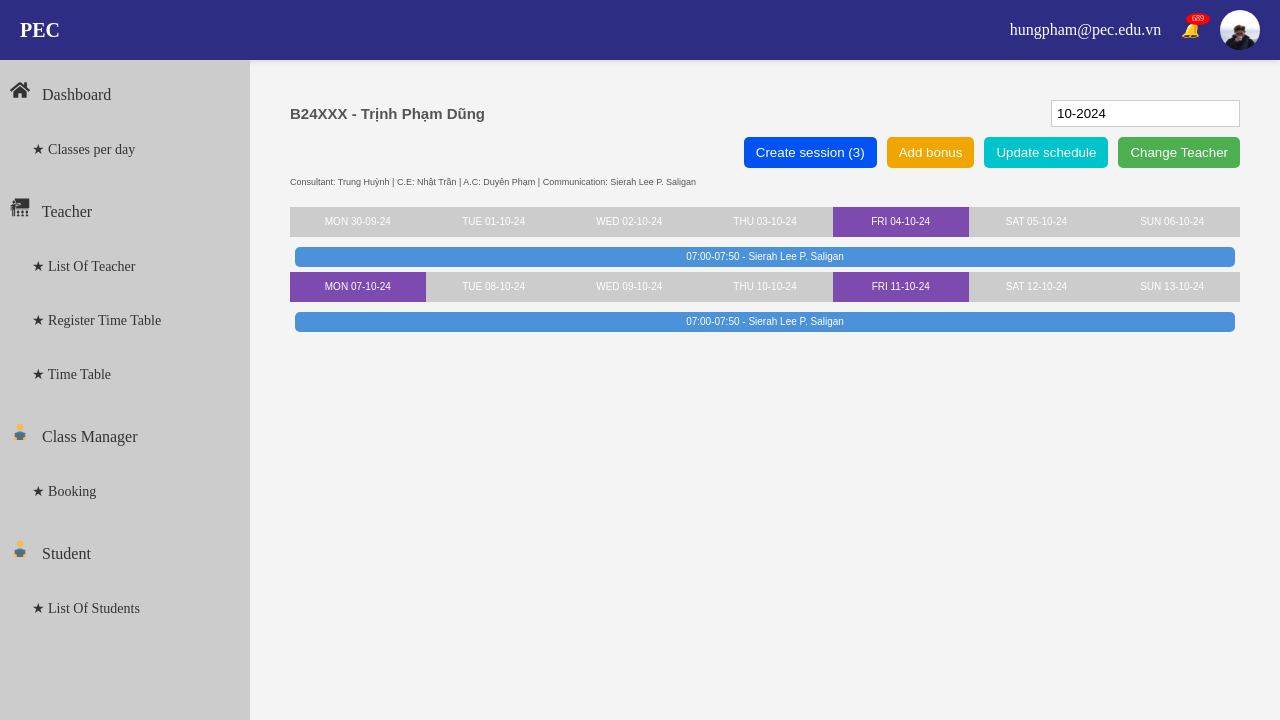
Repository: BitDanceLabels/Bumblebee_BDG
Page: /course-info
The author's editor kept a copy of each file at every save. The page is drawn from the files as they stood at one save, then again after the next save.
The browser window is 1280 px wide. The pictures show the whole page.
An inner scrolling area shows only its first screen. The project was rebuilt for these pictures with package versions that can differ from the ones it lists, and the page was loaded fresh each time. Also part of the build but not shown: vite.config.js, src/components/Dashboard/ScheduleComponent.jsx, src/components/Management/Booking.jsx, src/components/modal/CreateStudentModal.jsx, src/components/Student/ListOfStudent.jsx, src/components/modal/CreateTeacherModal.jsx, src/components/Teacher/TeacherTable.jsx, src/components/Teacher/ListOfTeacher.jsx and 9 more. Imported but missing from the stored project, and not drawn on this page: src/components/modal/DeactiveStudentModal.

Above is the page before, as saved 2024-10-07 09:12:54.

### index.html
<!DOCTYPE html>
<html lang="en">
  <head>
    <meta charset="UTF-8" />
    <link rel="icon" type="image/svg+xml" href="/vite.svg" />
    <meta name="viewport" content="width=device-width, initial-scale=1.0" />
    <title>Power English CRM</title>
  </head>
  <body>
    <div id="root"></div>
    <script type="module" src="/src/main.jsx"></script>
  </body>
</html>

### src/main.jsx
import { StrictMode } from 'react'
import { createRoot } from 'react-dom/client'
import MainApp from './pages/MainApp.jsx'
import App from './App.jsx'
import './index.css'

createRoot(document.getElementById('root')).render(
  <StrictMode>
    <MainApp />
  </StrictMode>
)

### src/pages/MainApp.jsx
import React from 'react'
import Header from '../components/General/Header'
import Navbar from '../components//General/Navbar'
import ScheduleComponent from '../components/Dashboard/ScheduleComponent'
import Booking from '../components/Management/Booking'
import ListOfStudent from '../components/Student/ListOfStudent'
import ListOfTeacher from '../components/Teacher/ListOfTeacher'
import { BrowserRouter as Router, Route, Routes } from 'react-router-dom'
import styled from 'styled-components'
import TeacherTabs from '../components/Teacher/TeacherTabs'
import StudentProfile from '../components/Student/StudentProfile'
import TeacherRegisterTimeTable from '../components/Teacher/TeacherRegisterTimeTable'
import TeacherTimeTable from '../components/Teacher/TeacherTimeTable'
import CourseInfo from '../components/Student/CourseInfo'

function MainApp() {
  return (
    <Router>
      <MainAppWrapper>
        <HeaderWrapper>
          <Header />
        </HeaderWrapper>
        <div className="main-layout">
          <NavbarWrapper>
            <Navbar />
          </NavbarWrapper>
          <ContentWrapper>
            <Routes>
              <Route path="/classes" element={<ScheduleComponent />} />
              <Route path="/booking" element={<Booking />} />
              <Route path="/students" element={<ListOfStudent />} />
              <Route path="/teacher" element={<ListOfTeacher />} />
              <Route path="/teacher-profile" element={<TeacherTabs />} />
              <Route path="/student-profile" element={<StudentProfile />} />
              <Route path="/teacher-timetable" element={<TeacherTimeTable />} />
              <Route path="/course-info" element={<CourseInfo />} />
              <Route
                path="/teacher-register"
                element={<TeacherRegisterTimeTable />}
              />
              {/* Add more routes as needed */}
            </Routes>
          </ContentWrapper>
        </div>
      </MainAppWrapper>
    </Router>
  )
}

const MainAppWrapper = styled.main`
  width: 100%;
  display: flex;
  flex-direction: column;
  height: 100vh;

  .main-layout {
    display: flex;
    flex-grow: 1;
  }
`

const HeaderWrapper = styled.header`
  position: fixed;
  top: 0;
  width: 100%;
  z-index: 1000;
  background-color: white;
  box-shadow: 0 2px 5px rgba(0, 0, 0, 0.1);
`

const NavbarWrapper = styled.nav`
  position: fixed;
  top: 60px;
  left: 0;
  height: calc(100vh - 60px);
  width: 250px;
  background-color: #ccc;
  color: white;
  z-index: 1000;
`

const ContentWrapper = styled.div`
  margin-top: 60px;
  margin-left: 250px;
  padding: 20px;
  flex-grow: 1;
  background-color: #f4f4f4;
  min-height: 100%;
  overflow-y: auto;
`

export default MainApp

### src/index.css
/*
--- 01 TYPOGRAPHY SYSTEM

- Font sizes (px)
10 / 12 / 14 / 16 / 18 / 20 / 24 / 30 / 36 / 44 / 52 / 62 / 74 / 86 / 98
h2: 3.6rem
h3: 2.4rem
p: 1.8rem

- Font weights
Default: 400
Medium: 500
Semi-bold: 600
Bold: 700

- Line heights
Default: 1
Small: 1.05
Medium: 1.2
Paragraph default: 1.6
Large: 1.8

- Letter spacing
-0.5px
0.75px


--- 05 SHADOWS

0 2.4rem 4.8rem rgba(0, 0, 0, 0.075);

--- 06 BORDER-RADIUS

Default: 9px
Medium: 11px

--- 07 WHITESPACE

- Spacing system (px)
2 / 4 / 8 / 12 / 16 / 24 / 32 / 48 / 64 / 80 / 96 / 128
*/

/* google font */
@import url('https://fonts.googleapis.com/css2?family=Rubik:wght@400;500;600;700&display=swap');
* {
  padding: 0;
  margin: 0;
  box-sizing: border-box;
}

html {
  /* font-size: 10px; */

  /* 10px / 16px = 0.625 = 62.5% */
  /* Percentage of user's browser font-size setting */
  font-size: 62.5%;
  overflow-x: hidden;

  /* Does NOT work on Safari */
  scroll-behavior: smooth;
}

body {
  font-family: 'Times New Roman', Times, serif;
  line-height: 1;
  font-weight: 400;
  color: #555;
  /* background-color: #f9f9f9; */
  background-color: #f1f3f5;

  /* Only works if there is nothing absolutely positioned in relation to body */
  overflow-x: hidden;
}

/**************************/
/* GENRAL REUSABLE COMPONENTS */
/**************************/

/* container */
.container {
  max-width: 1200px;
  margin: 0 auto;
  padding: 0 1.8rem;
}

@media screen and (min-width: 768px) {
  .container {
    padding: 0 3.4rem;
  }
}

@media screen and (min-width: 1400px) {
  .container {
    padding: 0 1rem;
  }
}

.grid {
  display: grid;
  column-gap: 6.4rem;
  row-gap: 9.6rem;

  /* margin-bottom: 9.6rem; */
}

.flex {
  display: flex;
  align-items: center;
}

/* .grid:last-child {
    margin-bottom: 0;
  } */

.grid:not(:last-child) {
  margin-bottom: 9.6rem;
}

.grid--2-cols {
  grid-template-columns: repeat(2, 1fr);
}

.grid--3-cols {
  grid-template-columns: repeat(3, 1fr);
}

.grid--4-cols {
  grid-template-columns: repeat(4, 1fr);
}

/* .grid--5-cols {
    grid-template-columns: repeat(5, 1fr);
  } */

.grid--center-v {
  align-items: center;
}

.white-space-large {
  margin-bottom: 12.8rem;
}

.white-space-medium {
  margin-bottom: 9.6rem;
}

.white-space-medium--top {
  margin-top: 9.6rem;
}

.white-space-small {
  margin-bottom: 6.4rem;
}

.white-space-small--top {
  margin-top: 6.4rem;
}

/* .heading-primary,
.heading-secondary,
.heading-tertiary {
  font-weight: 700;
  color: #333;
  letter-spacing: -0.5px;
}

.heading-primary {
  font-size: 5.2rem;
  line-height: 1.05;
  margin-bottom: 3.2rem;
}

.heading-secondary {
  font-size: 4.4rem;
  line-height: 1.2;
  margin-bottom: 9.6rem;
}

.heading-tertiary {
  font-size: 3rem;
  line-height: 1.2;
  margin-bottom: 3.2rem;
}

.subheading {
  display: block;
  font-size: 1.6rem;
  font-weight: 500;
  color: #1971c2;
  text-transform: uppercase;
  margin-bottom: 1.6rem;
  letter-spacing: 0.75px;
} */
/*
.btn,
.btn:link,
.btn:visited {
  display: inline-block;

  text-decoration: none;
  font-size: 2rem;
  font-weight: 600;
  padding: 1.6rem 3.2rem;
  border-radius: 9px;

  border: none;
  cursor: pointer;
  font-family: inherit;
  transition: all 0.3s;
}

.btn--full:link,
.btn--full:visited {
  background-color: #1971c2;
  color: #fff;
}

.btn--full:hover,
.btn--full:active {
  background-color: #1971c2;
}

.btn--outline:link,
.btn--outline:visited {
  background-color: #fff;
  color: #555;
}

.btn--outline:hover,
.btn--outline:active {
  background-color: #fdf2e9;
  box-shadow: inset 0 0 0 3px #fff;
}

.btn--form {
  background-color: #45260a;
  color: #fdf2e9;
  align-self: end;
  padding: 1.2rem;
}

.btn--form:hover {
  background-color: #fff;
  color: #555;
}
*/
/* .link:link,
.link:visited {
  display: inline-block;
  color: #1971c2;
  text-decoration: none;
  border-bottom: 1px solid currentColor;
  padding-bottom: 2px;
  transition: all 0.3s;
}

.link:hover,
.link:active {
  color: #1971c2;
  border-bottom: 1px solid transparent;
}

.list {
  list-style: none;
  display: flex;
  flex-direction: column;
  gap: 1.6rem;
}

.list-item {
  font-size: 1.8rem;
  display: flex;
  align-items: center;
  gap: 1.6rem;
  line-height: 1.2;
}

.list-icon {
  width: 3rem;
  height: 3rem;
  color: #1971c2;
} */

/**/
/* *:focus {
  outline: none;
  box-shadow: 0 0 0 0.3rem #1971c2;
} */

/* HELPER/SETTINGS CLASSES */
.margin-right-sm {
  margin-right: 1.6rem !important;
}

.margin-bottom-md {
  margin-bottom: 4.8rem !important;
}

.center-text {
  text-align: center;
}

strong {
  font-weight: 500;
}

### src/components/General/Header.jsx
import React from 'react'
import avt from '../../assets/avt.jpg'
import styled from 'styled-components'

const Header = () => {
  return (
    <HeaderWrapper>
      <header className="header">
        <div className="header-left">
          <h1>PEC</h1>
        </div>
        <div className="header-right">
          <span className="account-email">hungpham@pec.edu.vn</span>
          <div className="notification">
            <i className="bell-icon">🔔</i>
            <span className="notification-count">689</span>
          </div>
          <img src={avt} alt="avatar" className="avatar" />
        </div>
      </header>
    </HeaderWrapper>
  )
}

const HeaderWrapper = styled.header`
  .header {
    background-color: #2d2e83;
    color: white;
    display: flex;
    justify-content: space-between;
    align-items: center;
    padding: 10px 20px;
  }

  .header-left h1 {
    margin: 0;
    font-size: 2rem;
  }

  .header-right {
    display: flex;
    align-items: center;
  }

  .account-email {
    margin-right: 20px;
    font-size: 1.6rem;
  }

  .notification {
    position: relative;
    margin-right: 20px;
  }

  .bell-icon {
    font-size: 1.5em;
    cursor: pointer;
  }

  .notification-count {
    position: absolute;
    top: -10px;
    right: -10px;
    background-color: red;
    color: white;
    border-radius: 50%;
    padding: 2px 6px;
    font-size: 0.8em;
  }

  .avatar {
    width: 40px;
    height: 40px;
    border-radius: 50%;
    cursor: pointer;
  }
`

export default Header

### src/components/General/Navbar.jsx
import React, { useState } from 'react'
import styled from 'styled-components'
import { FaHome } from 'react-icons/fa'
import { GiTeacher } from 'react-icons/gi'
import { FcReadingEbook } from 'react-icons/fc'
import { Link } from 'react-router-dom' // Import Link from react-router-dom

const Navbar = () => {
  const [activeItem, setActiveItem] = useState('dashboard')

  const handleItemClick = (item) => {
    setActiveItem(item)
  }

  return (
    <NavbarWrapper>
      <nav className="navbar">
        <ul>
          <li onClick={() => handleItemClick('classes')}>
            <Link to="/classes">
              <FaHome style={{ marginRight: '8px', fontSize: '20px' }} />{' '}
              Dashboard
            </Link>
          </li>

          {/* Submenu for Classes per day */}
          <ul className="sub-menu">
            <li
              className={activeItem === 'classes' ? 'active' : ''}
              onClick={() => handleItemClick('classes')}
            >
              <Link to="/classes">★ Classes per day</Link>
            </li>
          </ul>

          <li onClick={() => handleItemClick('teacher')}>
            <Link to="/teacher">
              <GiTeacher style={{ marginRight: '8px', fontSize: '20px' }} />{' '}
              Teacher
            </Link>
          </li>

          {/* Submenu for List Of Teacher */}
          <ul className="sub-menu">
            <li
              className={activeItem === 'teacher' ? 'active' : ''}
              onClick={() => handleItemClick('teacher')}
            >
              <Link to="/teacher">★ List Of Teacher</Link>
            </li>

            <li
              className={activeItem === 'teacher-register' ? 'active' : ''}
              onClick={() => handleItemClick('teacher-register')}
            >
              <Link to="/teacher-register">★ Register Time Table</Link>
            </li>

            <li
              className={activeItem === 'teacher-timetable' ? 'active' : ''}
              onClick={() => handleItemClick('teacher-timetable')}
            >
              <Link to="/teacher-timetable">★ Time Table</Link>
            </li>
          </ul>

          <li onClick={() => handleItemClick('booking')}>
            <Link to="/booking">
              <FcReadingEbook
                style={{ marginRight: '8px', fontSize: '20px' }}
              />{' '}
              Class Manager
            </Link>
          </li>

          {/* Submenu for Booking */}
          <ul className="sub-menu">
            <li
              className={activeItem === 'booking' ? 'active' : ''}
              onClick={() => handleItemClick('booking')}
            >
              <Link to="/booking">★ Booking</Link>
            </li>
          </ul>

          <li onClick={() => handleItemClick('listOfStudent')}>
            <Link to="/students">
              <FcReadingEbook
                style={{ marginRight: '8px', fontSize: '20px' }}
              />{' '}
              Student
            </Link>
          </li>

          {/* Submenu for List Of Students */}
          <ul className="sub-menu">
            <li
              className={activeItem === 'listOfStudent' ? 'active' : ''}
              onClick={() => handleItemClick('listOfStudent')}
            >
              <Link to="/students">★ List Of Students</Link>
            </li>
          </ul>
        </ul>
      </nav>
    </NavbarWrapper>
  )
}

const NavbarWrapper = styled.nav`
  width: 14%;
  .navbar {
    width: 250px;
    background-color: #ccc;
    color: white;
    height: 100%;
  }

  .navbar ul {
    list-style-type: none;
    padding: 0;
    margin: 0;
  }

  .navbar li {
    padding: 10px 0;
    cursor: pointer;
    color: white;
    width: 100%;
  }

  .navbar li a {
    width: 100%;
    padding: 10px;
    color: #333;
    font-weight: 500;
    font-size: 16px;
    display: inline-block;
    transition: transform 0.3s ease;
    text-decoration: none;
  }

  .navbar li:hover a {
    transform: scale(1.2);
    transform-origin: left;
  }

  .navbar li.active {
    background-color: #e1f644;
  }

  /* Submenu styles */
  .sub-menu {
    list-style-type: none;
    padding-left: 20px;
  }

  .sub-menu li {
    padding: 10px 0;
  }

  .sub-menu li a {
    font-size: 14px;
    width: 100%;
    padding-left: 32px;
  }
`

export default Navbar

### src/components/Student/CourseInfo.jsx
import React from 'react'
import styled from 'styled-components'

const CourseInfoContainer = styled.div`
  display: flex;
  flex-direction: column;
  padding: 20px;
  font-family: Arial, sans-serif;
`

const Header = styled.div`
  display: flex;
  justify-content: space-between;
  align-items: center;
`

const CourseTitle = styled.div`
  font-size: 1.5em;
  font-weight: bold;
`

const CommunicationButton = styled.button`
  background-color: #00c4cc;
  color: white;
  border: none;
  padding: 10px;
  border-radius: 5px;
  cursor: pointer;
`

const DateInput = styled.input`
  border: 1px solid #ccc;
  padding: 5px;
  margin-left: 20px;
`

const ConsultantInfo = styled.div`
  margin-top: 10px;
  font-size: 0.9em;
`

const ScheduleContainer = styled.div`
  margin-top: 20px;
`

const DayRow = styled.div`
  display: flex;
  margin-bottom: 10px;
`

const Day = styled.div`
  flex: 1;
  text-align: center;
  padding: 10px;
  background-color: ${({ active }) => (active ? '#7d4ab0' : '#ccc')};
  color: white;
`

const Session = styled.div`
  background-color: #4b92db;
  color: white;
  padding: 5px;
  text-align: center;
  margin: 5px;
  border-radius: 5px;
`

const ActionButtonGroup = styled.div`
  display: flex;
  justify-content: flex-end;
  margin-top: 10px;

  button {
    margin-left: 10px;
    padding: 8px 12px;
    border-radius: 5px;
    border: none;
    cursor: pointer;
  }

  .create-session {
    background-color: #0053f0;
    color: white;
  }

  .add-bonus {
    background-color: #f0a500;
    color: white;
  }

  .update-schedule {
    background-color: #00c4cc;
    color: white;
  }

  .change-teacher {
    background-color: #4caf50;
    color: white;
  }
`

const CourseInfo = () => {
  return (
    <CourseInfoContainer>
      <Header>
        <CourseTitle>B24XXX - Trịnh Phạm Dũng</CourseTitle>
        <DateInput type="text" value="10-2024" readOnly />
      </Header>

      <ActionButtonGroup>
        <button className="create-session">Create session (3)</button>
        <button className="add-bonus">Add bonus</button>
        <button className="update-schedule">Update schedule</button>
        <button className="change-teacher">Change Teacher</button>
      </ActionButtonGroup>

      <ConsultantInfo>
        Consultant: Trung Huỳnh | C.E: Nhật Trần | A.C: Duyên Phạm |
        Communication: Sierah Lee P. Saligan
      </ConsultantInfo>

      <ScheduleContainer>
        <DayRow>
          <Day>MON 30-09-24</Day>
          <Day>TUE 01-10-24</Day>
          <Day>WED 02-10-24</Day>
          <Day>THU 03-10-24</Day>
          <Day active>FRI 04-10-24</Day>
          <Day>SAT 05-10-24</Day>
          <Day>SUN 06-10-24</Day>
        </DayRow>
        <Session>07:00-07:50 - Sierah Lee P. Saligan</Session>

        <DayRow>
          <Day active>MON 07-10-24</Day>
          <Day>TUE 08-10-24</Day>
          <Day>WED 09-10-24</Day>
          <Day>THU 10-10-24</Day>
          <Day active>FRI 11-10-24</Day>
          <Day>SAT 12-10-24</Day>
          <Day>SUN 13-10-24</Day>
        </DayRow>
        <Session>07:00-07:50 - Sierah Lee P. Saligan</Session>
      </ScheduleContainer>
    </CourseInfoContainer>
  )
}

export default CourseInfo

After the next save:
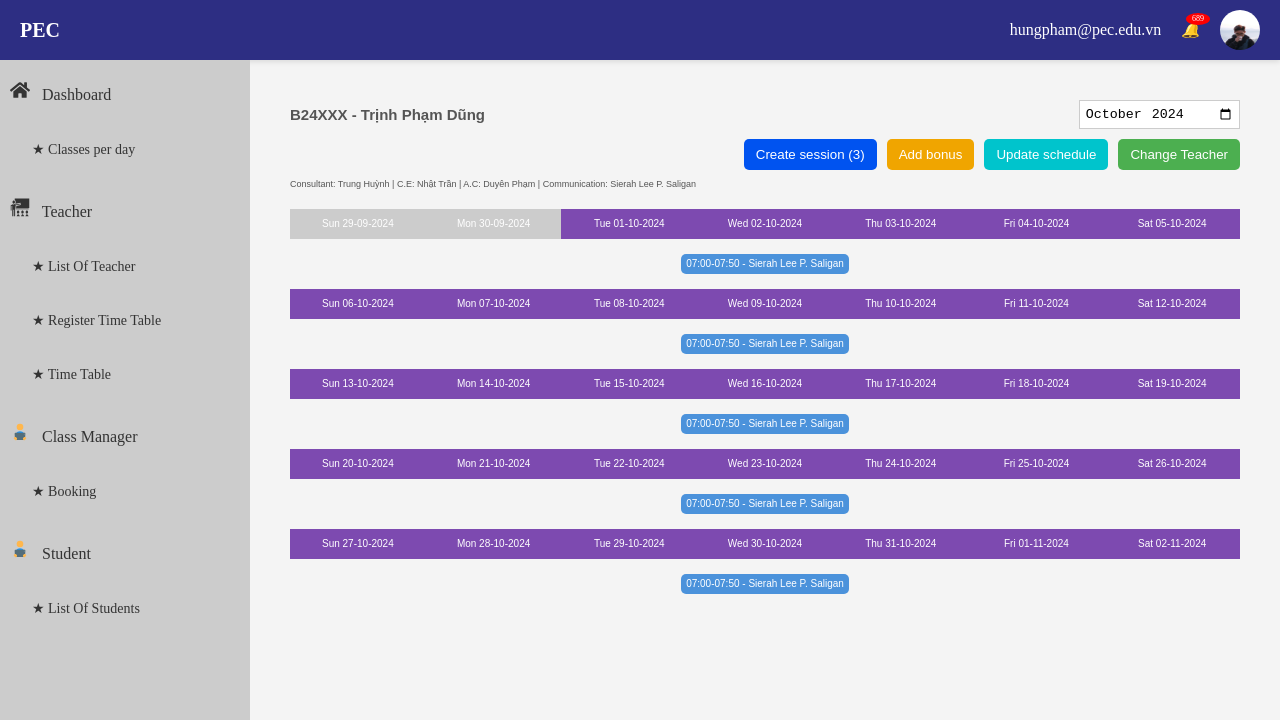
Saved 8 min 5 s later.
--- a/src/components/Student/CourseInfo.jsx
+++ b/src/components/Student/CourseInfo.jsx
@@ -1,5 +1,14 @@
-import React from 'react'
+import React, { useState } from 'react'
 import styled from 'styled-components'
+import {
+  format,
+  startOfMonth,
+  endOfMonth,
+  eachWeekOfInterval,
+  eachDayOfInterval,
+  startOfWeek,
+  endOfWeek
+} from 'date-fns'
 
 const CourseInfoContainer = styled.div`
   display: flex;
@@ -43,6 +52,12 @@ const ScheduleContainer = styled.div`
   margin-top: 20px;
 `
 
+const WeekContainer = styled.div`
+  display: flex;
+  flex-direction: column;
+  margin-bottom: 10px;
+`
+
 const DayRow = styled.div`
   display: flex;
   margin-bottom: 10px;
@@ -54,6 +69,12 @@ const Day = styled.div`
   padding: 10px;
   background-color: ${({ active }) => (active ? '#7d4ab0' : '#ccc')};
   color: white;
+`
+
+const SessionRow = styled.div`
+  display: flex;
+  flex: 1;
+  justify-content: center;
 `
 
 const Session = styled.div`
@@ -100,11 +121,38 @@ const ActionButtonGroup = styled.div`
 `
 
 const CourseInfo = () => {
+  const [selectedMonth, setSelectedMonth] = useState('2024-10') // Chọn tháng mặc định
+  const startDate = new Date(2024, 9, 1) // Ngày bắt đầu khóa học (tháng 10, 2024)
+  const endDate = new Date(2024, 11, 31) // Ngày kết thúc khóa học (tháng 12, 2024)
+
+  // Tính toán các tuần trong tháng
+  const weeks = eachWeekOfInterval({
+    start: startOfMonth(new Date(selectedMonth)),
+    end: endOfMonth(new Date(selectedMonth))
+  })
+
+  // Xử lý chọn tháng
+  const handleMonthChange = (e) => {
+    setSelectedMonth(e.target.value)
+  }
+
+  const generateDaysForWeek = (weekStart) => {
+    const days = eachDayOfInterval({
+      start: startOfWeek(weekStart),
+      end: endOfWeek(weekStart)
+    })
+    return days
+  }
+
   return (
     <CourseInfoContainer>
       <Header>
         <CourseTitle>B24XXX - Trịnh Phạm Dũng</CourseTitle>
-        <DateInput type="text" value="10-2024" readOnly />
+        <DateInput
+          type="month"
+          value={selectedMonth}
+          onChange={handleMonthChange}
+        />
       </Header>
 
       <ActionButtonGroup>
@@ -120,27 +168,20 @@ const CourseInfo = () => {
       </ConsultantInfo>
 
       <ScheduleContainer>
-        <DayRow>
-          <Day>MON 30-09-24</Day>
-          <Day>TUE 01-10-24</Day>
-          <Day>WED 02-10-24</Day>
-          <Day>THU 03-10-24</Day>
-          <Day active>FRI 04-10-24</Day>
-          <Day>SAT 05-10-24</Day>
-          <Day>SUN 06-10-24</Day>
-        </DayRow>
-        <Session>07:00-07:50 - Sierah Lee P. Saligan</Session>
-
-        <DayRow>
-          <Day active>MON 07-10-24</Day>
-          <Day>TUE 08-10-24</Day>
-          <Day>WED 09-10-24</Day>
-          <Day>THU 10-10-24</Day>
-          <Day active>FRI 11-10-24</Day>
-          <Day>SAT 12-10-24</Day>
-          <Day>SUN 13-10-24</Day>
-        </DayRow>
-        <Session>07:00-07:50 - Sierah Lee P. Saligan</Session>
+        {weeks.map((weekStart, index) => (
+          <WeekContainer key={index}>
+            <DayRow>
+              {generateDaysForWeek(weekStart).map((day, dayIndex) => (
+                <Day key={dayIndex} active={day >= startDate && day <= endDate}>
+                  {format(day, 'E dd-MM-yyyy')}
+                </Day>
+              ))}
+            </DayRow>
+            <SessionRow>
+              <Session>07:00-07:50 - Sierah Lee P. Saligan</Session>
+            </SessionRow>
+          </WeekContainer>
+        ))}
       </ScheduleContainer>
     </CourseInfoContainer>
   )
